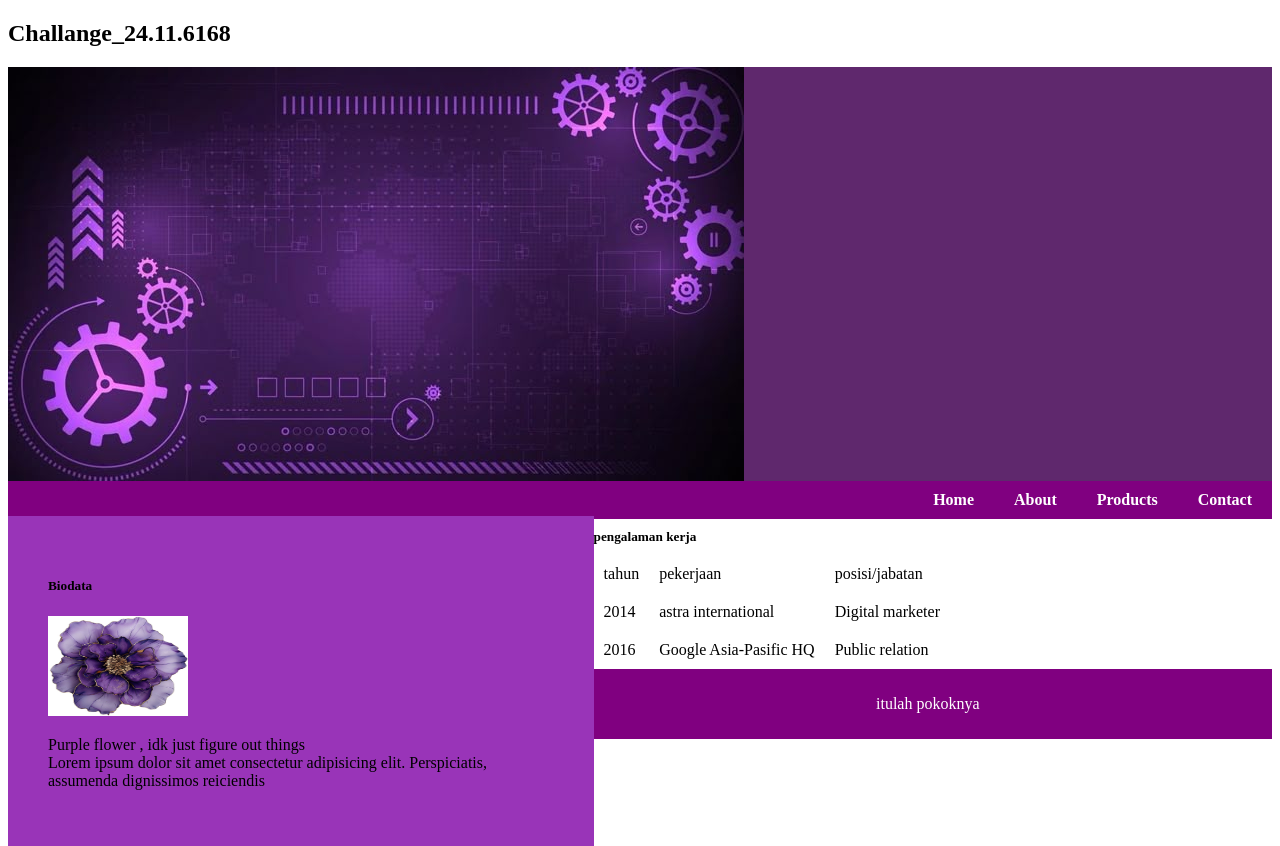
Repository: Ms-Ulfiyahrustam/p5_pemogramanweb
Page: index.html
These files come from the project's save history. The page is drawn as it stood at one moment and after the next save; the edit follows.
The browser window is 1280 px wide. The pictures show the whole page.

Above is the page before, as saved 2026-04-27 10:00:26.

After the next save:
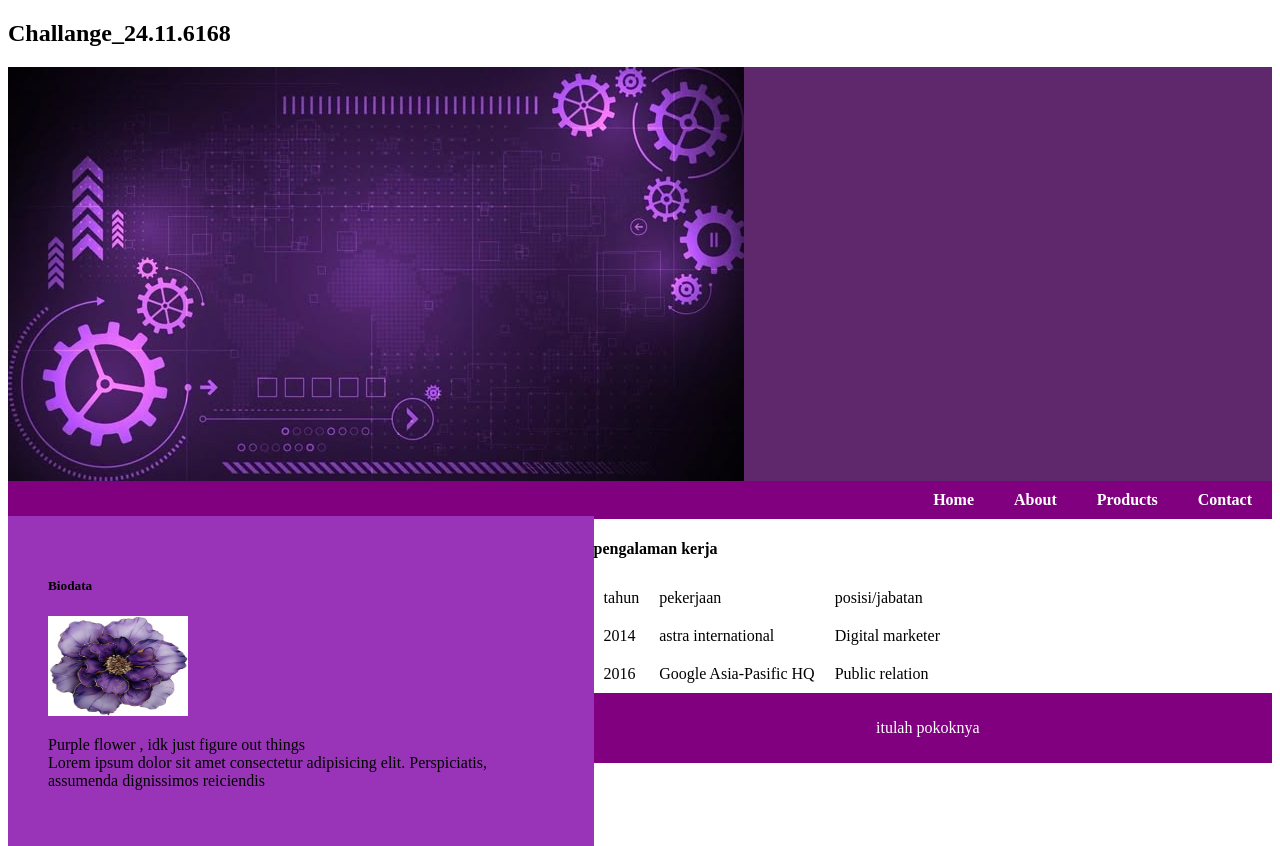
Saved 9 s later.
--- a/index.html
+++ b/index.html
@@ -30,7 +30,7 @@
         </div>
 
         <div class="rightside">
-            <h5>pengalaman kerja</h5>
+            <h4>pengalaman kerja</h4>
             <table cellspacing="0" cellpadding="10" colspan="3" >
                     <tr >
                         <td>tahun</td>
